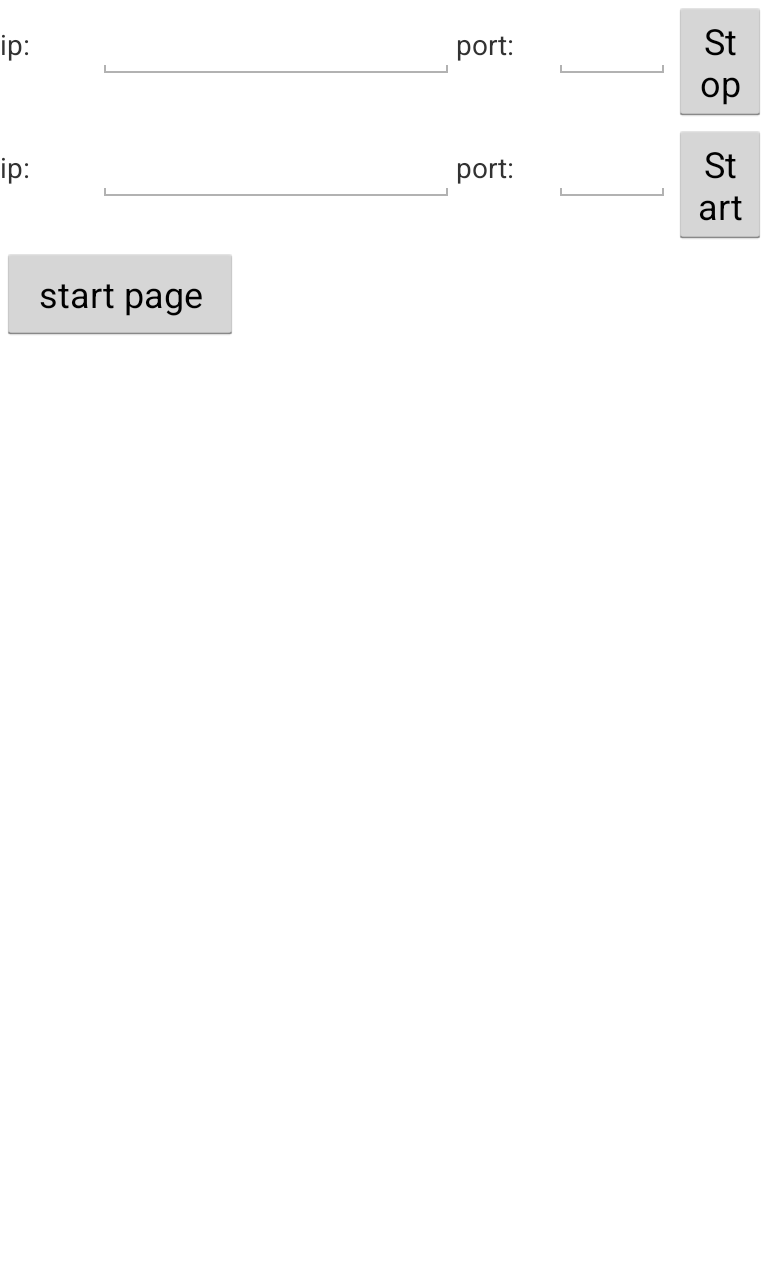
Repository: dthas/d_firewall_c
Layout: src/main/android/eclipse_project/dfirewall/res/layout/in_pl.xml
The author's editor kept a copy of each file at every save. The layout is drawn from the files as they stood at one save, then again after the next save.
It is drawn on a 768 x 1280 px phone screen (xhdpi) without system bars, with theme AppTheme; the app's code is not run.

Above is the layout before, as saved 2017-02-07 09:35:32.

After the next save:
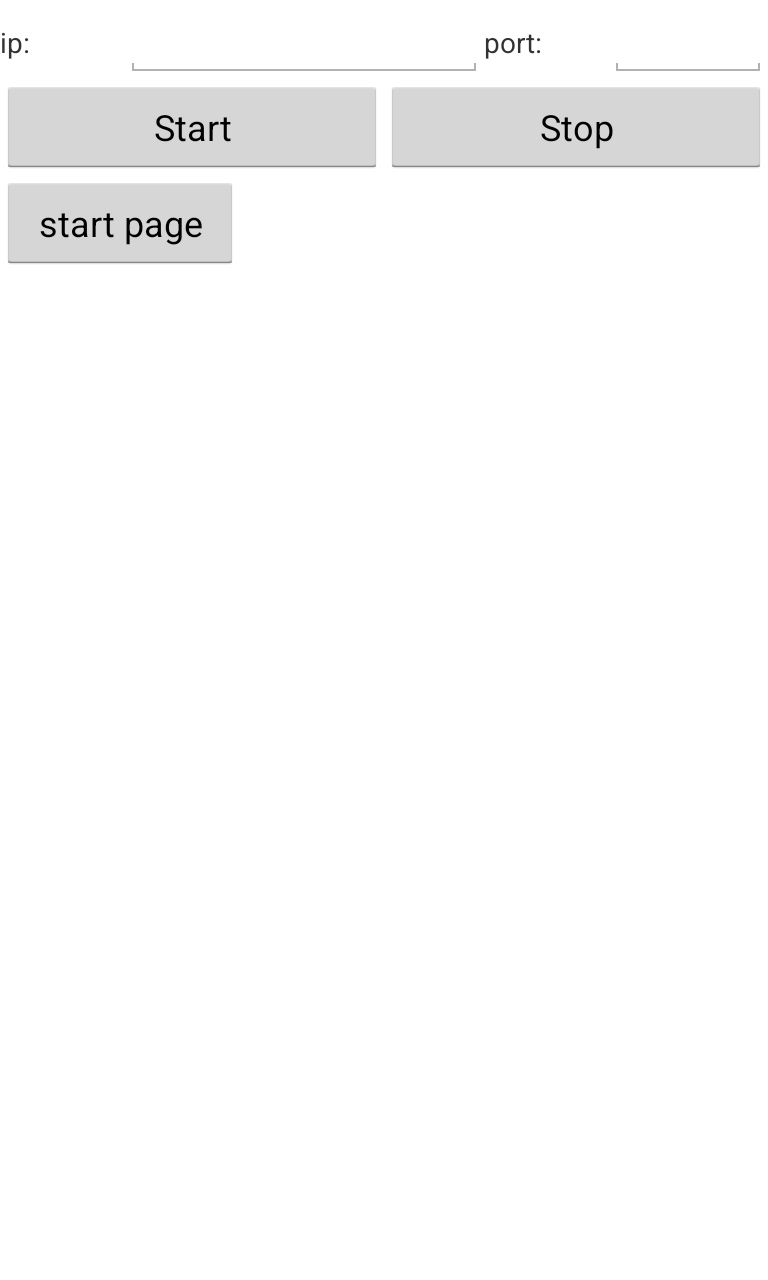
Saved 4 min 7 s later.
--- a/src/main/android/eclipse_project/dfirewall/res/layout/in_pl.xml
+++ b/src/main/android/eclipse_project/dfirewall/res/layout/in_pl.xml
@@ -31,17 +31,12 @@ android:orientation="vertical" >
 
 	        <EditText
 				android:id="@+id/edit_text_2"
-				android:layout_width="60dp"
+				android:layout_width="80dp"
 				android:layout_height="wrap_content"
 
 				/>
 
-	        <Button
-			android:id="@+id/button_1"
-			android:layout_width="fill_parent"
-			android:layout_height="wrap_content"
-			android:layout_weight="1"
-			android:text="Stop" />
+
 	</LinearLayout>
 
     <LinearLayout
@@ -49,40 +44,20 @@ android:orientation="vertical" >
 		android:layout_height="wrap_content"
 		android:orientation="horizontal">
 
-	        <TextView
-				android:id="@+id/text_view_3"
-				android:layout_width="fill_parent"
-				android:layout_height="wrap_content"
-				android:layout_weight="1"
-				android:text="ip:" />
-
-	        <EditText
-				android:id="@+id/edit_text_3"
-				android:layout_width="180dp"
-				android:layout_height="wrap_content"
-
-				/>
-
-		<TextView
-				android:id="@+id/text_view_4"
-				android:layout_width="fill_parent"
-				android:layout_height="wrap_content"
-				android:layout_weight="1"
-				android:text="port:" />
-
-	        <EditText
-				android:id="@+id/edit_text_4"
-				android:layout_width="60dp"
-				android:layout_height="wrap_content"
-
-				/>
-
 		<Button
 			android:id="@+id/button_2"
 			android:layout_width="fill_parent"
 			android:layout_height="wrap_content"
 			android:layout_weight="1"
 			android:text="Start" />
+
+		<Button
+			android:id="@+id/button_1"
+			android:layout_width="fill_parent"
+			android:layout_height="wrap_content"
+			android:layout_weight="1"
+			android:text="Stop" />
+
 	</LinearLayout>
 
    <LinearLayout
